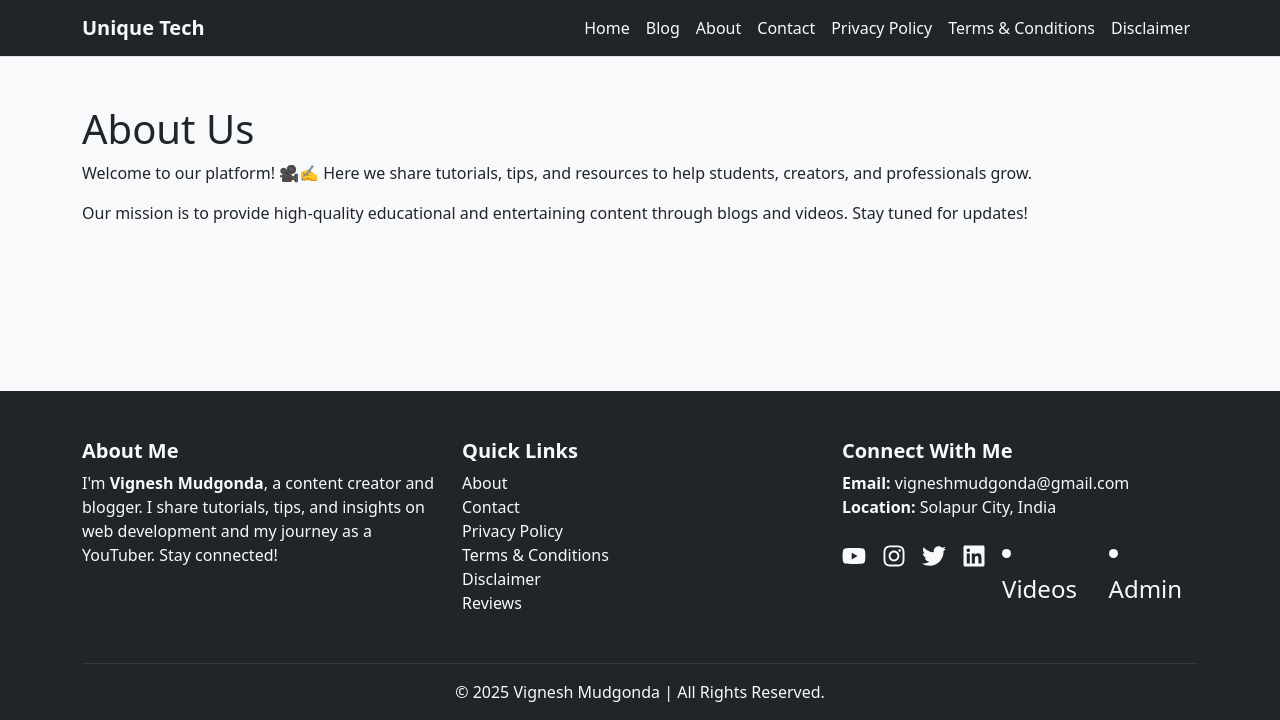
Repository: vigneshmudgonda/Blog2
Page: /about (app in blog-frontend-full/)
These files come from the project's save history. The page is drawn as it stood at one moment and after the next save; the edit follows.
The browser window is 1280 px wide. The pictures show the whole page.
The page's requests for data from a server got no answer. The project was rebuilt for these pictures with package versions that can differ from the ones it lists, and the page was loaded fresh each time. No one was signed in, and anything a server would have sent is missing. Also part of the build but not shown: blog-frontend-full/src/services/api.js, blog-frontend-full/src/pages/Home.js, blog-frontend-full/src/pages/BlogList.js, blog-frontend-full/src/pages/BlogDetail.js, blog-frontend-full/src/pages/Reviews.js, blog-frontend-full/src/pages/Contact.js, blog-frontend-full/src/pages/AdminLogin.js, blog-frontend-full/src/pages/PrivacyPolicy.js and 6 more.

Above is the page before, as saved 2025-08-22 20:29:58.

### blog-frontend-full/public/index.html
<!DOCTYPE html>
<html lang="en">
  <head>
    <meta charset="utf-8" />
    <meta name="viewport" content="width=device-width, initial-scale=1" />
    <title>My Blog</title>
    <meta name="description" content="Personal blog powered by React + Bootstrap" />
    <link rel="icon" href="%PUBLIC_URL%/favicon.ico" />
  </head>
  <body>
    <noscript>You need to enable JavaScript to run this app.</noscript>
    <div id="root"></div>
  </body>
</html>

### blog-frontend-full/src/index.js
import React from 'react';
import { createRoot } from 'react-dom/client';
import { BrowserRouter } from 'react-router-dom';
import App from './App';
import 'bootstrap/dist/css/bootstrap.min.css';
import 'bootstrap/dist/js/bootstrap.bundle.min.js';
import './index.css';

const root = createRoot(document.getElementById('root'));
root.render(
  <BrowserRouter>
    <App/>
  </BrowserRouter>
);

### blog-frontend-full/src/App.js
import React from 'react';
import { Routes, Route } from 'react-router-dom';
import Navbar from './components/Navbar';
import Footer from './components/Footer';
import Home from './pages/Home';
import BlogList from './pages/BlogList';
import BlogDetail from './pages/BlogDetail';
import Reviews from './pages/Reviews';
import Contact from './pages/Contact';
import About from './pages/About';
import AdminLogin from './pages/AdminLogin';
import PrivacyPolicy from "./pages/PrivacyPolicy";
import TermsConditions from "./pages/TermsConditions";
import Disclaimer from "./pages/Disclaimer";

import AdminDashboard from "./pages/AdminDashboard";
import YoutubeVideos from "./pages/YoutubeVideos";
import PrivateRoute from "./components/PrivateRoute";
import NotFound from "./pages/NotFound";

export default function App(){
  return (
    <div className="d-flex flex-column min-vh-100">
      <Navbar/>
      <main className="flex-grow-1">
        <Routes>
          <Route path="/" element={<Home/>} />
          <Route path="/blog" element={<BlogList/>} />
          <Route path="/blog/:id" element={<BlogDetail/>} />
          <Route path="/reviews" element={<Reviews/>} />
          <Route path="/contact" element={<Contact/>} />
          <Route path="/about" element={<About/>} />
          <Route path="/login" element={<AdminLogin/>} />

          <Route path="/privacy-policy" element={<PrivacyPolicy />} />
<Route path="/terms" element={<TermsConditions />} />
<Route path="/disclaimer" element={<Disclaimer />} />

         <Route path="*" element={<NotFound />} />
          <Route path="/youtube" element={<YoutubeVideos />} />
             <Route
          path="/admin"
          element={
            <PrivateRoute>
              <AdminDashboard />
            </PrivateRoute>
          }
        />
        </Routes>
      </main>
      <Footer/>
    </div>
  );
}

### blog-frontend-full/src/index.css
:root{--radius:1.25rem}
body{background:#f8f9fa}
.shadow-soft{box-shadow:0 .5rem 1rem rgba(0,0,0,.08)}
.rounded-2xl{border-radius:var(--radius)}
.hero{background:linear-gradient(180deg,#ffffff 0%,#f4f6f8 100%)}
.post-card img{object-fit:cover;height:180px}
a{text-decoration:none}

### blog-frontend-full/src/components/Navbar.js
import React from 'react';
import { Link, NavLink } from 'react-router-dom';

export default function Navbar(){
  return (
    <nav className="navbar navbar-expand-lg bg-dark border-bottom sticky-top">
      <div className="container">
        <Link className="navbar-brand fw-bold text-light " to="/">Unique Tech</Link>
        <button className="navbar-toggler" type="button" data-bs-toggle="collapse" data-bs-target="#nav">
          <span className="navbar-toggler-icon"></span>
        </button>
        <div id="nav" className="collapse navbar-collapse ">
          <ul className="navbar-nav ms-auto">
            <li className="nav-item"><NavLink end className="nav-link text-light " to="/">Home</NavLink></li>
            <li className="nav-item"><NavLink className="nav-link text-light " to="/blog">Blog</NavLink></li>

            <li className="nav-item"><NavLink className="nav-link text-light " to="/about">About</NavLink></li>
            <li className="nav-item"><NavLink className="nav-link text-light " to="/contact">Contact</NavLink></li>
                 <li className="nav-item"><NavLink className="nav-link text-light " to="/Privacy-Policy">Privacy Policy</NavLink></li>
                  <li className="nav-item"><NavLink className="nav-link text-light " to="/terms">Terms & Conditions</NavLink></li>
                  <li className="nav-item"><NavLink className="nav-link text-light " to="/disclaimer">Disclaimer</NavLink></li>

          </ul>
        </div>
      </div>
    </nav>
  );
}

### blog-frontend-full/src/components/Footer.js
import React from "react";
import { Link } from "react-router-dom";
import {
  FaYoutube,
  FaInstagram,
  FaTwitter,
  FaLinkedin,
} from "react-icons/fa";

export default function Footer() {
  return (
    <footer className="bg-dark text-light pt-5 pb-3 mt-5">
      <div className="container">
        <div className="row">
          {/* About Me */}
          <div className="col-md-4 mb-3">
            <h5 className="fw-bold">About Me</h5>
            <p>
              I'm <strong>Vignesh Mudgonda</strong>, a content creator and
              blogger. I share tutorials, tips, and insights on web development
              and my journey as a YouTuber. Stay connected!
            </p>
          </div>

          {/* Quick Links */}
          <div className="col-md-4 mb-3">
            <h5 className="fw-bold">Quick Links</h5>
            <ul className="list-unstyled">



              <li><Link to="/about" className="text-light text-decoration-none">About</Link></li>
              <li><Link to="/contact" className="text-light text-decoration-none">Contact</Link></li>
              <li><Link to="/Privacy-Policy" className="text-light text-decoration-none">Privacy Policy</Link></li>
              <li><Link to="/terms" className="text-light text-decoration-none">Terms & Conditions</Link></li>
              <li><Link to="/disclaimer" className="text-light text-decoration-none">Disclaimer</Link></li>
              <li><Link to="/reviews" className="text-light text-decoration-none">Reviews</Link></li>


            </ul>
          </div>



          {/* Connect With Me */}
          <div className="col-md-4 mb-3">
            <h5 className="fw-bold">Connect With Me</h5>
            <p>
              <strong>Email:</strong>{" "}
              <a
                href="mailto:vigneshmudgonda@gmail.com"
                className="text-light text-decoration-none"
              >
                vigneshmudgonda@gmail.com
              </a>
              <br />
              <strong>Location:</strong> Solapur City, India
            </p>
            <div className="d-flex gap-3 fs-4">
              <a href="https://www.youtube.com/@UNIQUETECH03" className="text-light"><FaYoutube /></a>
              <a href="https://www.instagram.com/uniquetech17/" className="text-light"><FaInstagram /></a>
              <a href="https://twitter.com" className="text-light"><FaTwitter /></a>
              <a href="https://www.linkedin.com/in/vignesh-mudgonda-b1572423b/com" className="text-light"><FaLinkedin /></a>

              <li><Link to="/youtube" className="text-light text-decoration-none">Videos</Link></li>
                 <li><Link to="/admin" className="text-light text-decoration-none">Admin</Link></li>
            </div>
          </div>
        </div>

        <hr className="border-secondary" />
        <p className="text-center mb-0">
          © 2025 Vignesh Mudgonda | All Rights Reserved.
        </p>
      </div>
    </footer>
  );
}

### blog-frontend-full/src/pages/About.js
import React from "react";
import { Container } from "react-bootstrap";

export default function About() {
  return (
    <Container className="py-5">
      <h1>About Us</h1>
      <p>
        Welcome to our platform! 🎥✍️
        Here we share tutorials, tips, and resources to help students,
        creators, and professionals grow.
      </p>
      <p>
        Our mission is to provide high-quality educational and entertaining
        content through blogs and videos. Stay tuned for updates!
      </p>
    </Container>
  );
}

After the next save:
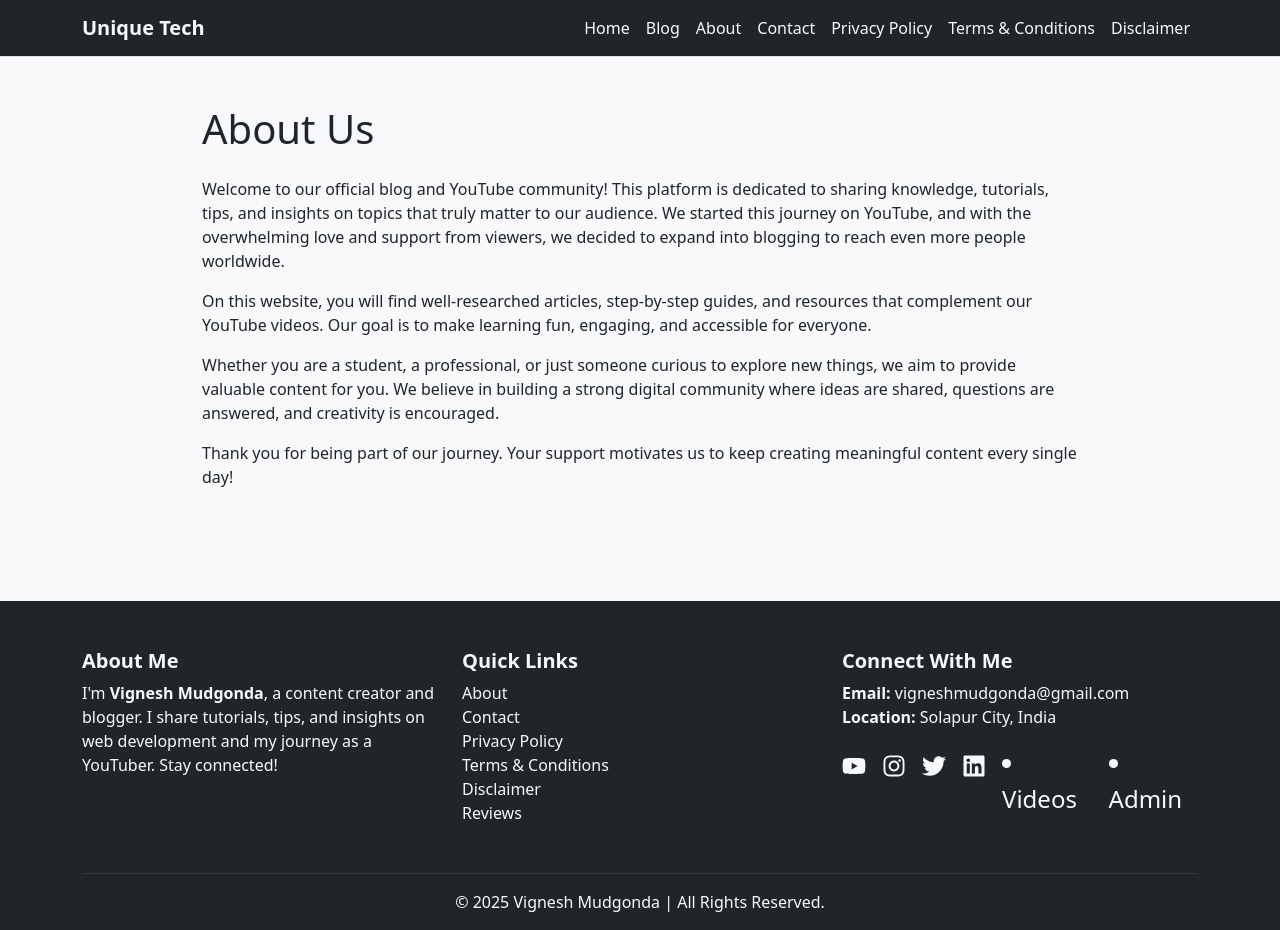
Saved 4 min 17 s later.
--- a/blog-frontend-full/src/pages/About.js
+++ b/blog-frontend-full/src/pages/About.js
@@ -1,19 +1,31 @@
 import React from "react";
-import { Container } from "react-bootstrap";
 
 export default function About() {
   return (
-    <Container className="py-5">
-      <h1>About Us</h1>
+    <div className="container py-5" style={{ maxWidth: "900px" }}>
+      <h1 className="mb-4">About Us</h1>
       <p>
-        Welcome to our platform! 🎥✍️
-        Here we share tutorials, tips, and resources to help students,
-        creators, and professionals grow.
+        Welcome to our official blog and YouTube community! This platform is
+        dedicated to sharing knowledge, tutorials, tips, and insights on topics
+        that truly matter to our audience. We started this journey on YouTube,
+        and with the overwhelming love and support from viewers, we decided to
+        expand into blogging to reach even more people worldwide.
       </p>
       <p>
-        Our mission is to provide high-quality educational and entertaining
-        content through blogs and videos. Stay tuned for updates!
+        On this website, you will find well-researched articles, step-by-step
+        guides, and resources that complement our YouTube videos. Our goal is to
+        make learning fun, engaging, and accessible for everyone.
       </p>
-    </Container>
+      <p>
+        Whether you are a student, a professional, or just someone curious to
+        explore new things, we aim to provide valuable content for you. We
+        believe in building a strong digital community where ideas are shared,
+        questions are answered, and creativity is encouraged.
+      </p>
+      <p>
+        Thank you for being part of our journey. Your support motivates us to
+        keep creating meaningful content every single day!
+      </p>
+    </div>
   );
 }
